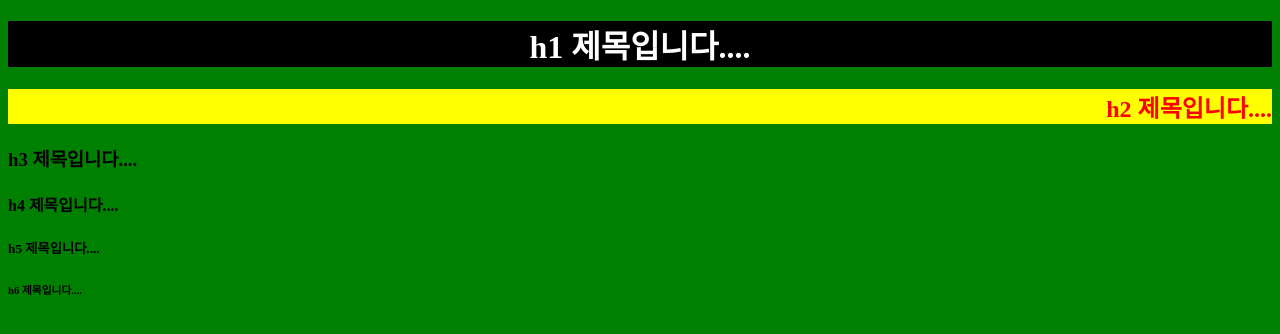
Repository: kmg8138/html
Page: 2020.04.06/ex0406/WebContent/ex01.html
An editor plug-in stored every save of this project. The page is shown before and after the next save, followed by the edit.
The browser window is 1280 px wide. The pictures show the whole page.

Above is the page before, as saved 2020-04-06 01:02:59.

### 2020.04.06/ex0406/WebContent/ex01.html
<!DOCTYPE html>
<html>
<head>
	<meta charset="UTF-8">
	<title>연습 1</title>
<link rel="stylesheet" href="home.css"/>
	<script>
		//1~100까지의 합계 javascript 주석
		sum=0;

		for(i=1; i<=100; i++){
			sum=sum+i;
		}
		alert("1~100까지의 합="+sum);
	</script>
</head>
<body>
	<!--여기는 주석입니다. html 주석-->
	<h1>h1 제목입니다....</h1>
	<h2>h2 제목입니다....</h2>
	<h3>h3 제목입니다....</h3>
	<h4>h4 제목입니다....</h4>
	<h5>h5 제목입니다....</h5>
	<h6>h6 제목입니다....</h6>
</body>
</html>

### 2020.04.06/ex0406/WebContent/home.css
@charset "UTF-8";
/*style 주석*/
		h1 {color:white;
		background:black;
		text-align: center;}

		h2{color:red;
		background:yellow;
		text-align: right;}

		body{background: green;}

After the next save:
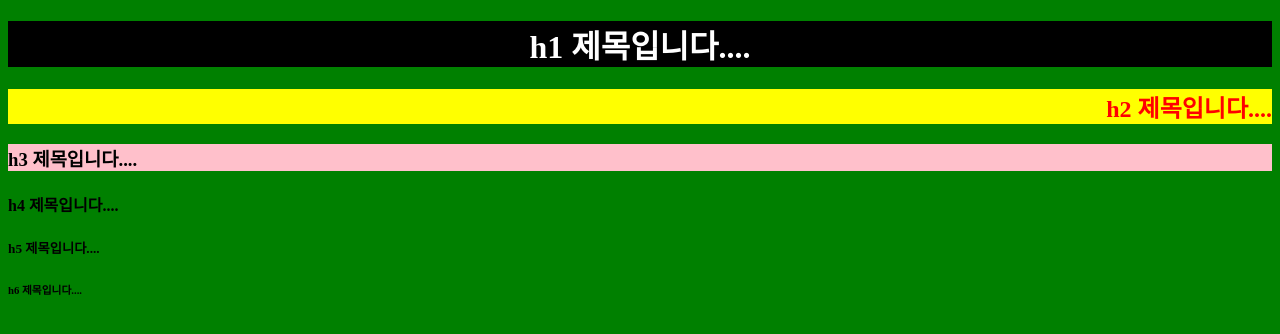
Saved 60 s later.
--- a/2020.04.06/ex0406/WebContent/home.css
+++ b/2020.04.06/ex0406/WebContent/home.css
@@ -9,3 +9,5 @@
 		text-align: right;}
 
 		body{background: green;}
+
+		h3{background: pink;}
